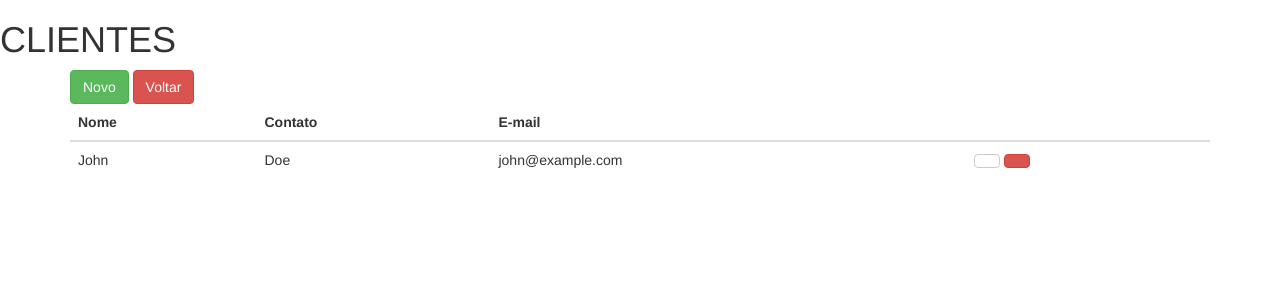
Repository: diegokunha/LojinhaGuru
Page: http://localhost/LojinhaGuru/clientes
These files come from the project's save history. The page is drawn as it stood at one moment and after the next save; the edit follows.
The browser window is 1280 px wide. The pictures show the whole page.
Some web libraries are served in a nearby version. The page is served by Tomcat 9. Other server files are loaded and not shown.

Above is the page before, as saved 2017-10-04 01:06:31.

### LojinhaGuru/WebContent/WEB-INF/views/jsp/clientes.jsp
<?xml version="1.0" encoding="utf-8" ?>
<%@ page language="java" contentType="text/html; charset=utf-8"
	pageEncoding="utf-8"%>
<!DOCTYPE html PUBLIC "-//W3C//DTD XHTML 1.0 Transitional//EN" "http://www.w3.org/TR/xhtml1/DTD/xhtml1-transitional.dtd">
<html xmlns="http://www.w3.org/1999/xhtml">
<head>
<meta http-equiv="Content-Type" content="text/html; charset=utf-8" />

<!-- Latest compiled and minified CSS -->
<link rel="stylesheet"
	href="https://maxcdn.bootstrapcdn.com/bootstrap/3.3.7/css/bootstrap.min.css" />

<!-- jQuery library -->
<script
	src="https://ajax.googleapis.com/ajax/libs/jquery/3.2.1/jquery.min.js"></script>

<!-- Latest compiled JavaScript -->
<script
	src="https://maxcdn.bootstrapcdn.com/bootstrap/3.3.7/js/bootstrap.min.js"></script>
<title>Insert title here</title>
</head>
<body>
	<h1>CLIENTES</h1>
	<div class="container">
		<form>

			<a href="adicionaCliente"><button type="button"
					class="btn btn-success">Novo</button></a> <a href="index"><button
					type="button" class="btn btn-danger">Voltar</button></a>

			<table class="table table-hover">
				<thead>
					<tr>
						<th>Nome</th>
						<th>Contato</th>
						<th>E-mail</th>
						<th></th>
					</tr>
				</thead>
				<tbody>
					<tr>
						<td>John</td>
						<td>Doe</td>
						<td>john@example.com</td>
						<td>
							<button type="button" class="btn btn-default"><span class="glyphicon glyphicons-pen"></span></button>
							<button type="button" class="btn btn-danger"><span class="glyphicon glyphicons-remove-sign"></span></button>
						</td>
					</tr>
				</tbody>
			</table>
		</form>
	</div>
</body>
</html>

After the next save:
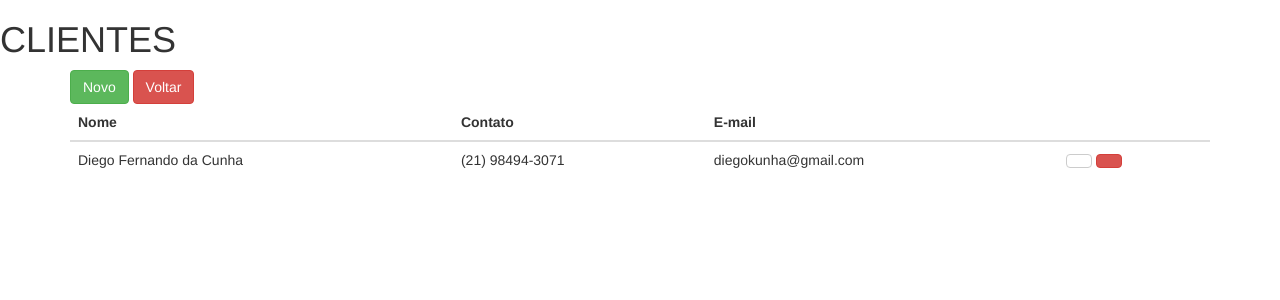
Saved 56 s later.
--- a/LojinhaGuru/WebContent/WEB-INF/views/jsp/clientes.jsp
+++ b/LojinhaGuru/WebContent/WEB-INF/views/jsp/clientes.jsp
@@ -39,9 +39,9 @@
 				</thead>
 				<tbody>
 					<tr>
-						<td>John</td>
-						<td>Doe</td>
-						<td>john@example.com</td>
+						<td>Diego Fernando da Cunha</td>
+						<td>(21) 98494-3071</td>
+						<td>diegokunha@gmail.com</td>
 						<td>
 							<button type="button" class="btn btn-default"><span class="glyphicon glyphicons-pen"></span></button>
 							<button type="button" class="btn btn-danger"><span class="glyphicon glyphicons-remove-sign"></span></button>
